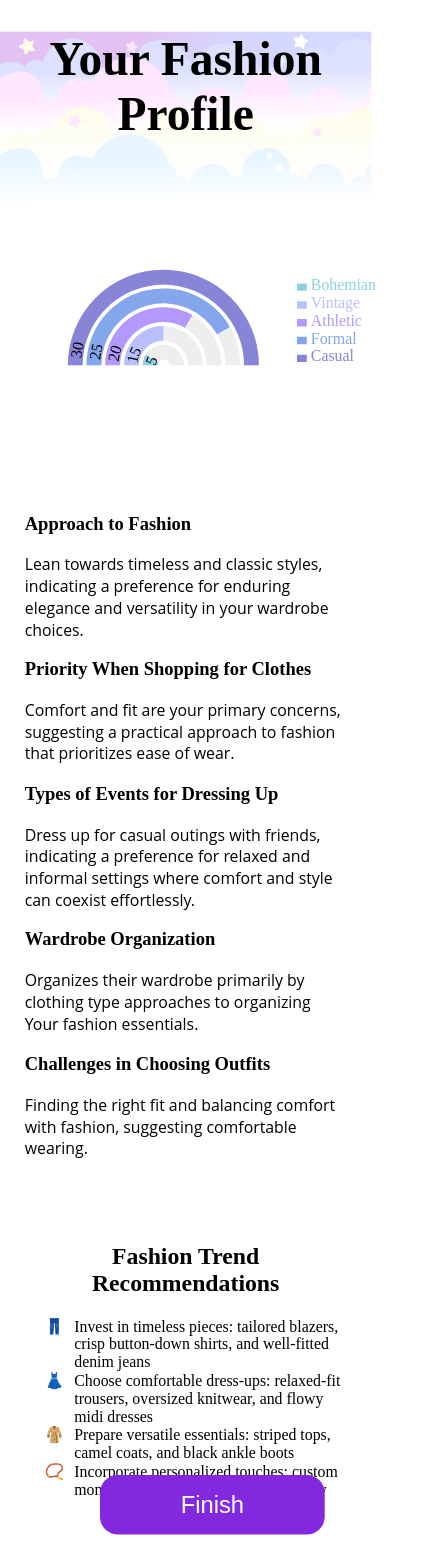
Repository: navnneett/clotho
Page: /QuizQuestions/Chart
These files come from the project's save history. The page is drawn as it stood at one moment and after the next save; the edit follows.
The browser window is 375 px wide. The page is 425 px wide, so the pictures cover 425 px, including what lies to the right of the window. The pictures show the whole page, at 99% of full size.
The project was rebuilt for these pictures with package versions that can differ from the ones it lists, and the page was loaded fresh each time. The framework's server and built-in components were replaced by stand-ins that run in the browser. Also part of the build but not shown: next.config.js, next.config.mjs.

Above is the page before, as saved 2024-04-07 11:38:24.

### pages/QuizQuestions/Chart.js
import styles from "../../styles/Chart.module.css";
import React, { useEffect, useState } from "react";
import { RadialBarChart, RadialBar, Legend, Tooltip } from "recharts";
import Button from "@/components/Button";
import Link from "next/link";


export default function Chart() {

    const [isClient, setIsClient] = useState(false)

    useEffect(() => {
        setIsClient(true)
    }, [])

    const data = [
        {
            "name": "Bohemian",
            "uv": 5,
            "pv": 5,
            "fill": "var(--chart-color-cyan)"
        },
        {
            "name": "Vintage",
            "uv": 15,
            "pv": 15,
            "fill": "var(--chart-color-light-purple)"
        },
        {
            "name": "Athletic",
            "uv": 20,
            "pv": 20,
            "fill": "var(--chart-color-bright-purple)"
        },
        {
            "name": "Formal",
            "uv": 25,
            "pv": 25,
            "fill": "var(--chart-color-blue)"
        },
        {
            "name": "Casual",
            "uv": 30,
            "pv": 30,
            "fill": "var(--chart-color-purple)"
        },
    ]

    return(
        <>
        <div className={styles.mainContainer}>
        <div className={styles.contentContainer}>
        <h1 className={styles.title}>Your Fashion Profile</h1>
            <div className={styles.questionAnalysis}>

                <div className={styles.chart}>
                    {isClient ?
                        <RadialBarChart
                            width={400}
                            height={300}
                            innerRadius="10%"
                            outerRadius="80%"
                            data={data}
                            startAngle={180}
                            endAngle={0}
                            cx={140}
                            cy={170}
                            >
                        <RadialBar minAngle={15} label={{ fill: 'var(--button-linear-light)', position: 'insideStart' }} background clockWise={true} dataKey='uv' />
                        <Legend iconSize={10} width={120} height={140} layout='vertical' verticalAlign='middle' align="right"/>
                        <Tooltip/>
                    </RadialBarChart> : <></>}
                </div>
                <div className={styles.mainContents}>
                    <h3 className={styles.analysisTitle}>Approach to Fashion</h3>
                    <p className={styles.analysisContent}>Lean towards timeless and classic styles, indicating a preference for enduring elegance and versatility in your wardrobe choices.</p>
                    <h3 className={styles.analysisTitle}>Priority When Shopping for Clothes</h3>
                    <p className={styles.analysisContent}>Comfort and fit are your primary concerns, suggesting a practical approach to fashion that prioritizes ease of wear.</p>
                    <h3 className={styles.analysisTitle}>Types of Events for Dressing Up</h3>
                    <p className={styles.analysisContent}>Dress up for casual outings with friends, indicating a preference for relaxed and informal settings where comfort and style can coexist effortlessly.</p>
                    <h3 className={styles.analysisTitle}>Wardrobe Organization</h3>
                    <p className={styles.analysisContent}>Organizes their wardrobe primarily by clothing type approaches to organizing Your fashion essentials.</p>
                    <h3 className={styles.analysisTitle}>Challenges in Choosing Outfits</h3>
                    <p className={styles.analysisContent}>Finding the right fit and balancing comfort with fashion, suggesting comfortable wearing.</p>
                </div>
            </div>
            <div className={styles.questionAnalysis}>
                <h2 className={styles.subTitle} id="space">Fashion Trend Recommendations</h2>
                <ul analysisContent>
                    <li className={styles.bulletPointJean}>Invest in timeless pieces: tailored blazers, crisp button-down shirts, and well-fitted denim jeans</li>
                    <li className={styles.bulletPointDress}>Choose comfortable dress-ups: relaxed-fit trousers, oversized knitwear, and flowy midi dresses</li>
                    <li className={styles.bulletPointTShirt}>Prepare versatile essentials: striped tops, camel coats, and black ankle boots</li>
                    <li className={styles.bulletPointShoes}>Incorporate personalized touches: custom monogramming, and handmade jewelry</li>
                </ul>
            </div>
            <div className={styles.buttonPosition}>
            <Link href={'/'}>
                <Button title="Finish" />
            </Link>
            </div>
            </div>
            </div>
        </>
    )
}

### styles/globals.css
:root {

    --transparency: rgba(0, 0, 0, 0);
    --gray: rgb(119, 119, 119);
    --red: rgb(201, 8, 8);

    --large: 21px;
    --medium: 18px;
    --small: 16px;
    --logo: 25px;

    --button-linear-light: 45deg, rgba(221, 184, 255, 0.8), rgba(214, 239, 255, 0.8);
    --button-outline-light: 2px solid #B8C0FF;
    --button-highlight-light: #8229E0;
    --black: black;
    --white: white;
    --light-gray: #B3B3B3;

    --chart-color-purple: #8884d8;
    --chart-color-blue: #83a6ed;
    --chart-color-cyan: #8dd1e1;
    --chart-color-bright-purple: #b399ff;
    --chart-color-light-purple: #b8c0ff;



    /* Text styles */
    --open-sans-text: 'Open Sans', sans-serif;
    --open-sans-weight: 500;
    --open-sans-size: 1.7rem;

    --roboto-slab-text: 'Roboto Slab', serif;
    --roboto-slab-weight: 600;
    --roboto-slab-size: 3rem;
}

html,
body {
    margin: 0;
    padding: 0;
}

### styles/Chart.module.css
@media (max-width: 430px) {

.mainContainer {
    height: 100vh;
    background-image: url('/images/quiz/Light Mode Low Opacity.png');
    background-size: cover;
    background-position: center;

}

.contentContainer {
    align-items: center;
    justify-content: center;
    padding-bottom: 20px;
}

.questionAnalysis {
    padding: 25px;
}

.title {
    font-family: var(--roboto-slab-text);
    font-weight: var(--roboto-slab-weight);
    font-size: var(--roboto-slab-size);
    color: var(--black);
    text-align: center;
}

.subTitle {
    font-family: var(--roboto-slab-text);
    text-align: center;
}

.analysisTitle {
    font-family: var(--roboto-slab-text);
}

.analysisContent {
    font-family: var(--open-sans-text);
}

.bulletPointJean {
    list-style-type: '👖';
    padding-left: 10px;
}

.bulletPointDress {
    list-style-type: '👗';
    padding-left: 10px;
}

.bulletPointTShirt {
    list-style-type: '🧥';
    padding-left: 10px;
}

.bulletPointShoes {
    list-style-type: '📿';
    padding-left: 10px;
}

.buttonPosition {
    position: absolute;
    bottom: calc(100vh - 1550px);
    left: 101px;
}
}

### components/Button/index.js
import styles from './Button.module.css'

export default function Button({
    title = "test",
    onClick = () => {}
}) {
    return (
        <button className={styles.button} onClick={onClick}>
            {title}
        </button>
    )
}

### components/Button/Button.module.css
.button {
    width: 227px;
    height: 60px;
    padding: 0;
    font-size: 24px;
    background-color: var(--button-highlight-light);
    color: var(--white);
    border: none;
    border-radius: 18px;
    cursor: pointer;
}

.button:hover {
    background-color: rgb(189, 43, 226);
}

Loaded but not shown: pages/_app.js (common file); pages/_document.js (common file)

After the next save:
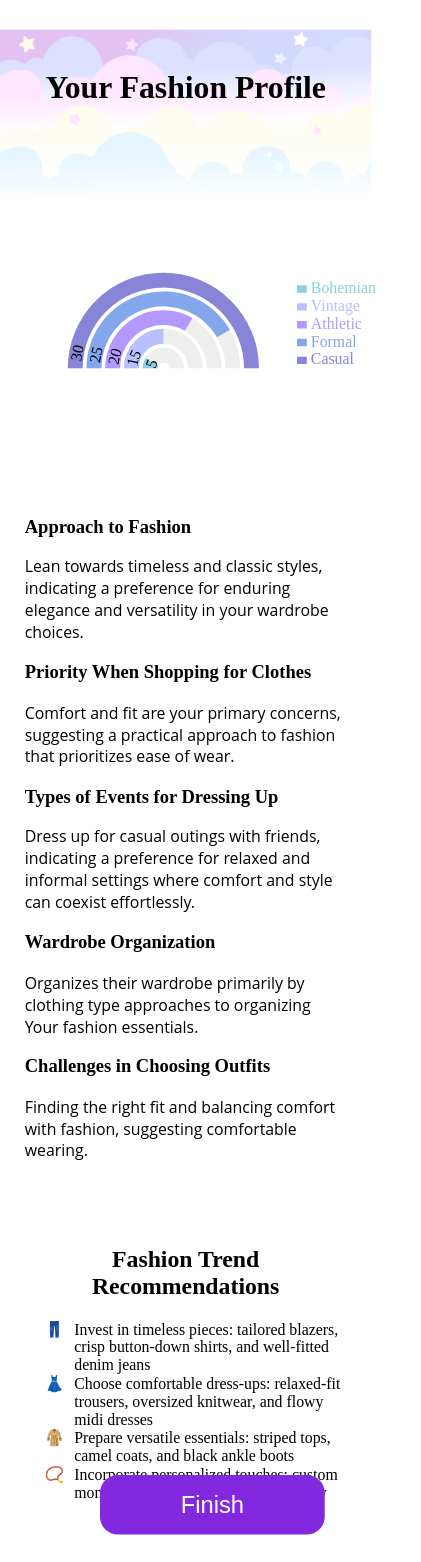
Saved 34 s later.
--- a/styles/Chart.module.css
+++ b/styles/Chart.module.css
@@ -21,8 +21,10 @@
 .title {
     font-family: var(--roboto-slab-text);
     font-weight: var(--roboto-slab-weight);
-    font-size: var(--roboto-slab-size);
+
     color: var(--black);
+    padding: 40px 10px;
+    margin: 30px 20px;
     text-align: center;
 }
 
